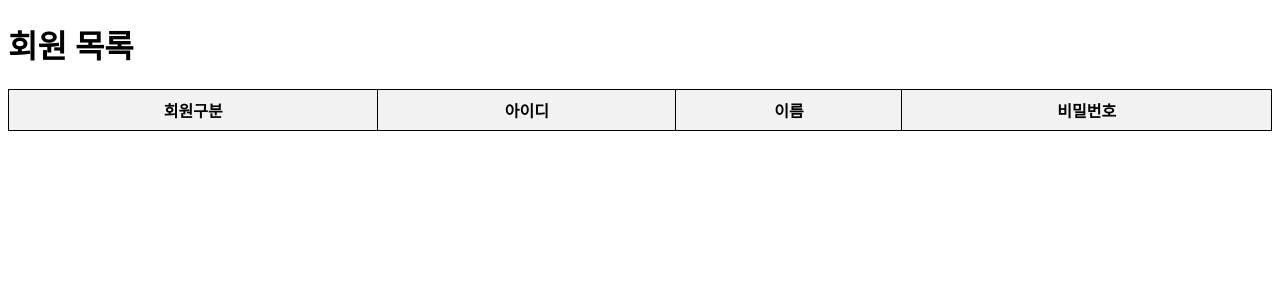
Repository: sangpyolee0/zerobase_task
Page: http://localhost/jsp-study/list.jsp
The author's editor kept a copy of each file at every save. The page is drawn from the files as they stood at one save, then again after the next save.
The browser window is 1280 px wide. The pictures show the whole page.
The page is served by Tomcat 9. Other server files are loaded and not shown. Queries for data that is not in the repository find no rows.

Above is the page before, as saved 2024-12-07 07:01:10.

### jsp-study/src/main/webapp/list.jsp
<%@page import="db.Member"%>
<%@page import="java.util.List"%>
<%@page import="db.MemberService"%>
<%@ page language="java" contentType="text/html; charset=UTF-8"
	pageEncoding="UTF-8"%>
<!DOCTYPE html>
<html>
<head>
<meta charset="UTF-8">
<title>회원 목록</title>
<style>
table {
	width: 100%;
	border-collapse: collapse; /* 테두리가 겹치지 않게 설정 */
}

th, td {
	border: 1px solid #000; /* 검은색 테두리 */
	text-align: center; /* 텍스트 가운데 정렬 */
	padding: 8px; /* 내용 여백 */
}

thead th {
	background-color: #f2f2f2; /* 연한 회색 배경 */
	font-weight: bold;
}
</style>
</head>
<body>
	<%
    MemberService memberService = new MemberService();
    List<Member> memberList = memberService.list();
    %>

	<h1>회원 목록</h1>
	<table>
		<thead>
			<tr>
				<th>회원구분</th>
				<th>아이디</th>
				<th>이름</th>
				<th>비밀번호</th>
			</tr>
		</thead>
		<tbody>
			<%
            for (Member member : memberList) {
            	%>
			<tr>
				<td><%=member.getMemberType()%></td>
				<td><a href="detail.jsp?memberType=<%=member.getMemberType()%> & userID=" <%=member.getUserId()%>>
				 <%=member.getUserId()%>
				</a></td>
				<td><%=member.getName()%></td>
				<td><%=member.getPassword()%></td>
			</tr>
			<%
            }
            %>
		</tbody>
	</table>
</body>
</html>

### jsp-study/src/main/java/db/MemberService.java
package db;

import java.sql.*;
import java.util.ArrayList;
import java.util.List;

public class MemberService {

    public List<Member> list() {

    	List<Member> memberList = new ArrayList<>();

        //접속 필요 5개
        // 1. ip(domain)
        // 2. port
        // 3. 계정
        // 4. 패스워드
        // 5. 인스턴스

        String url = "jdbc:mariadb://172.26.180.80:3306/testdb3";
        String dbUserId = "testuser3";
        String dbPassword = "zerobase";


        //접속 순서
        //1. 드라이버로드 //예외처리 방법, 감당 가능하면 처리 try catch 안되면 throws

        try {
            Class.forName("org.mariadb.jdbc.Driver");
        } catch (ClassNotFoundException e) {
            e.printStackTrace();
        }
        //2. 커넥션 객체 생성


        Connection connection = null;
        Statement statement = null;
        ResultSet rs = null;
        PreparedStatement preparedStatement = null;

        String memberTypeValue = "email";

        try {
            connection = DriverManager.getConnection(url, dbUserId, dbPassword);

//3. 스테이트먼트 객체 생성  파라미터 이슈 때문에 보통 PreparedStatement  사용

            preparedStatement = null;
            //   CallableStatement callableStatement = null;
//               statement = connection.createStatement();

              /* String sql = " select member_type, user_id, password, name " +
                            " from MEMBER " +
                            " where member_type = '" + memberTypeValue +"' ";*/
            // PreparedStatement 로 할 경우 위 커넥션 위치가 아니고 이 다음에 설정. 그리고 memberTypeValu 자리에 ? 넣기
            String sql = " select member_type, user_id, password, name " +
                    " from MEMBER " +
                    " where member_type = ? ";

            preparedStatement = connection.prepareStatement(sql);
            preparedStatement.setString(1, memberTypeValue);

            //4. 쿼리 실행
//               rs = statement.executeQuery(sql);
            // PreparedStatement 로 할 경우
            rs = preparedStatement.executeQuery();
            //5. 결과 수행
            while (rs.next()) {
                String memberType = rs.getString("member_type");
                String userId = rs.getString("user_id");
                String password = rs.getString("password");
                String name = rs.getString("name");

                Member member = new Member();
                member.setMemberType(memberTypeValue);
                member.setUserId(userId);
                member.setName(name);
                member.setPassword(password);

                memberList.add(member);


                System.out.println(memberType + ", " + userId + ", " + password + ", " + name);
            }

        } catch (SQLException e) {
            e.printStackTrace();
        }
        //5. 객체 연결 해체(close)
        finally {

            try {
                if (rs != null && !rs.isClosed()) {
                    rs.close();
                }
            } catch (SQLException e) {
                throw new RuntimeException(e);
            }

            try {
                if (preparedStatement != null && !preparedStatement.isClosed()) {
                    preparedStatement.close();
                }
            } catch (SQLException e) {
                throw new RuntimeException(e);
            }

            try {
                if (connection != null && !connection.isClosed()) {
                    connection.close();
                }
            } catch (SQLException e) {
                throw new RuntimeException(e);
            }

        }

        return memberList;

    }

    public void register(Member member) {

        //접속 필요 5개
        // 1. ip(domain)
        // 2. port
        // 3. 계정
        // 4. 패스워드
        // 5. 인스턴스

        String url = "jdbc:mariadb://172.26.180.80:3306/testdb3";
        String dbUserId = "testuser3";
        String dbPassword = "zerobase";


        //접속 순서
        //1. 드라이버로드 //예외처리 방법, 감당 가능하면 처리 try catch 안되면 throws

        try {
            Class.forName("org.mariadb.jdbc.Driver");
        } catch (ClassNotFoundException e) {
            e.printStackTrace();
        }
        //2. 커넥션 객체 생성


        Connection connection = null;
        Statement statement = null;
        ResultSet rs = null;
        PreparedStatement preparedStatement = null;


        try {
            connection = DriverManager.getConnection(url, dbUserId, dbPassword);

//3. 스테이트먼트 객체 생성  파라미터 이슈 때문에 보통 PreparedStatement  사용

            preparedStatement = null;
            //   CallableStatement callableStatement = null;
//               statement = connection.createStatement();

              /* String sql = " select member_type, user_id, password, name " +
                            " from MEMBER " +
                            " where member_type = '" + memberTypeValue +"' ";*/
            // PreparedStatement 로 할 경우 위 커넥션 위치가 아니고 이 다음에 설정. 그리고 memberTypeValu 자리에 ? 넣기
            String sql = " insert into MEMBER (member_type, user_id, name, password) " +
                        " values (?, ? ,? ,?) ";

            preparedStatement = connection.prepareStatement(sql);
            preparedStatement.setString(1, member.getMemberType());
            preparedStatement.setString(2, member.getUserId());
            preparedStatement.setString(3, member.getName());
            preparedStatement.setString(4, member.getPassword());


            //4. 쿼리 실행
//               rs = statement.executeQuery(sql);
            // PreparedStatement 로 할 경우
            int affected = preparedStatement.executeUpdate();

            if (affected > 0) {
                System.out.println(" 저장 성공 ");
            } else {
                System.out.println(" 저장 실패 ");
            }

        } catch (SQLException e) {
            e.printStackTrace();
        }
        //5. 객체 연결 해체(close)
        finally {

            try {
                if (rs != null && !rs.isClosed()) {
                    rs.close();
                }
            } catch (SQLException e) {
                throw new RuntimeException(e);
            }

            try {
                if (preparedStatement != null && !preparedStatement.isClosed()) {
                    preparedStatement.close();
                }
            } catch (SQLException e) {
                throw new RuntimeException(e);
            }

            try {
                if (connection != null && !connection.isClosed()) {
                    connection.close();
                }
            } catch (SQLException e) {
                throw new RuntimeException(e);
            }

        }




    }

    public void dbUpdate(String memberType, String userId,String password) {

        //접속 필요 5개
        // 1. ip(domain)
        // 2. port
        // 3. 계정
        // 4. 패스워드
        // 5. 인스턴스

        String url = "jdbc:mariadb://172.26.180.80:3306/testdb3";
        String dbUserId = "testuser3";
        String dbPassword = "zerobase";


        //접속 순서
        //1. 드라이버로드 //예외처리 방법, 감당 가능하면 처리 try catch 안되면 throws

        try {
            Class.forName("org.mariadb.jdbc.Driver");
        } catch (ClassNotFoundException e) {
            e.printStackTrace();
        }
        //2. 커넥션 객체 생성


        Connection connection = null;
        Statement statement = null;
        ResultSet rs = null;
        PreparedStatement preparedStatement = null;

        try {
            connection = DriverManager.getConnection(url, dbUserId, dbPassword);

//3. 스테이트먼트 객체 생성  파라미터 이슈 때문에 보통 PreparedStatement  사용

            preparedStatement = null;
            //   CallableStatement callableStatement = null;
//               statement = connection.createStatement();

              /* String sql = " select member_type, user_id, password, name " +
                            " from MEMBER " +
                            " where member_type = '" + memberTypeValue +"' ";*/
            // PreparedStatement 로 할 경우 위 커넥션 위치가 아니고 이 다음에 설정. 그리고 memberTypeValu 자리에 ? 넣기
            String sql = " update MEMBER set " +
                                " password = ? " +
                            " where member_type = ? and user_id = ? " ;

            preparedStatement = connection.prepareStatement(sql);
            preparedStatement.setString(2, memberType);
            preparedStatement.setString(3, userId);
            preparedStatement.setString(1, password);


            //4. 쿼리 실행
//               rs = statement.executeQuery(sql);
            // PreparedStatement 로 할 경우
            int affected = preparedStatement.executeUpdate();

            if (affected > 0) {
                System.out.println(" 수정 성공 ");
            } else {
                System.out.println(" 수정 실패 ");
            }

        } catch (SQLException e) {
            e.printStackTrace();
        }
        //5. 객체 연결 해체(close)
        finally {

            try {
                if (rs != null && !rs.isClosed()) {
                    rs.close();
                }
            } catch (SQLException e) {
                throw new RuntimeException(e);
            }

            try {
                if (preparedStatement != null && !preparedStatement.isClosed()) {
                    preparedStatement.close();
                }
            } catch (SQLException e) {
                throw new RuntimeException(e);
            }

            try {
                if (connection != null && !connection.isClosed()) {
                    connection.close();
                }
            } catch (SQLException e) {
                throw new RuntimeException(e);
            }

        }



    }

    public void withdraw(Member member) {

        //접속 필요 5개
        // 1. ip(domain)
        // 2. port
        // 3. 계정
        // 4. 패스워드
        // 5. 인스턴스

        String url = "jdbc:mariadb://172.26.180.80:3306/testdb3";
        String dbUserId = "testuser3";
        String dbPassword = "zerobase";


        //접속 순서
        //1. 드라이버로드 //예외처리 방법, 감당 가능하면 처리 try catch 안되면 throws

        try {
            Class.forName("org.mariadb.jdbc.Driver");
        } catch (ClassNotFoundException e) {
            e.printStackTrace();
        }
        //2. 커넥션 객체 생성


        Connection connection = null;
        Statement statement = null;
        ResultSet rs = null;
        PreparedStatement preparedStatement = null;




        try {
            connection = DriverManager.getConnection(url, dbUserId, dbPassword);

//3. 스테이트먼트 객체 생성  파라미터 이슈 때문에 보통 PreparedStatement  사용

            preparedStatement = null;
            //   CallableStatement callableStatement = null;
//               statement = connection.createStatement();

              /* String sql = " select member_type, user_id, password, name " +
                            " from MEMBER " +
                            " where member_type = '" + memberTypeValue +"' ";*/
            // PreparedStatement 로 할 경우 위 커넥션 위치가 아니고 이 다음에 설정. 그리고 memberTypeValu 자리에 ? 넣기
            String sql = " delete from MEMBER " +
                            " where member_type = ? and user_id = ? " ;

            preparedStatement = connection.prepareStatement(sql);
            preparedStatement.setString(1, member.getMemberType());
            preparedStatement.setString(2, member.getUserId());



            //4. 쿼리 실행
//               rs = statement.executeQuery(sql);
            // PreparedStatement 로 할 경우
            int affected = preparedStatement.executeUpdate();

            if (affected > 0) {
                System.out.println(" 삭제 성공 ");
            } else {
                System.out.println(" 삭제 실패 ");
            }

        } catch (SQLException e) {
            e.printStackTrace();
        }
        //5. 객체 연결 해체(close)
        finally {

            try {
                if (rs != null && !rs.isClosed()) {
                    rs.close();
                }
            } catch (SQLException e) {
                throw new RuntimeException(e);
            }

            try {
                if (preparedStatement != null && !preparedStatement.isClosed()) {
                    preparedStatement.close();
                }
            } catch (SQLException e) {
                throw new RuntimeException(e);
            }

            try {
                if (connection != null && !connection.isClosed()) {
                    connection.close();
                }
            } catch (SQLException e) {
                throw new RuntimeException(e);
            }

        }



    }
}

After the next save:
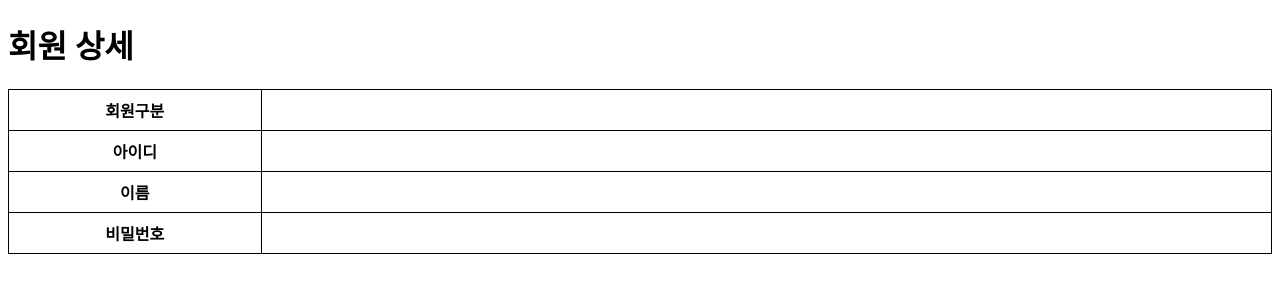
Saved 4 min 13 s later.
--- a/jsp-study/src/main/webapp/list.jsp
+++ b/jsp-study/src/main/webapp/list.jsp
@@ -32,31 +32,32 @@ thead th {
     List<Member> memberList = memberService.list();
     %>
 
-	<h1>회원 목록</h1>
+	<h1>회원 상세</h1>
 	<table>
-		<thead>
+	<colgroup>
+		<col style= "width: 20%;">
+		<col style= "width: 80%;">
+	</colgroup>
+		<tbody>
 			<tr>
 				<th>회원구분</th>
+				<td></td>
+			</tr>
+
+			<tr>
 				<th>아이디</th>
+				<td></td>
+			</tr>
+			<tr>
 				<th>이름</th>
+				<td></td>
+			</tr>
+			<tr>
 				<th>비밀번호</th>
+				<td></td>
 			</tr>
-		</thead>
-		<tbody>
-			<%
-            for (Member member : memberList) {
-            	%>
-			<tr>
-				<td><%=member.getMemberType()%></td>
-				<td><a href="detail.jsp?memberType=<%=member.getMemberType()%> & userID=" <%=member.getUserId()%>>
-				 <%=member.getUserId()%>
-				</a></td>
-				<td><%=member.getName()%></td>
-				<td><%=member.getPassword()%></td>
 			</tr>
-			<%
-            }
-            %>
+
 		</tbody>
 	</table>
 </body>
